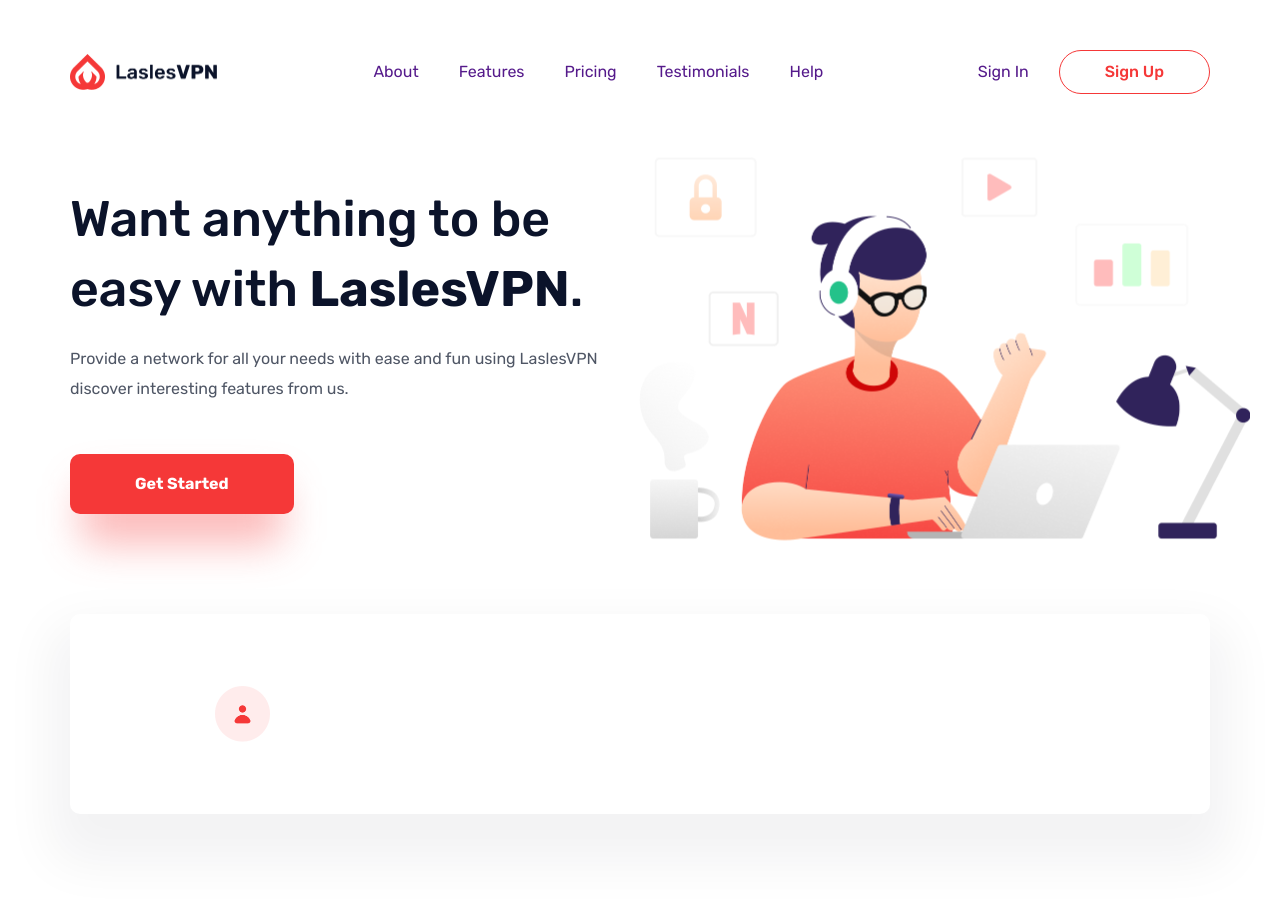
Repository: dangpham205/LaslesVPN-Landing-Page
Page: index.html
These files come from the project's save history. The page is drawn as it stood at one moment and after the next save; the edit follows.
The browser window is 1280 px wide. The pictures show the whole page.

Above is the page before, as saved 2022-07-19 20:31:18.

### index.html
<!DOCTYPE html>
<html lang="en">
<head>
    <meta charset="UTF-8">
    <meta http-equiv="X-UA-Compatible" content="IE=edge">
    <meta name="viewport" content="width=device-width, initial-scale=1.0">
    <title>Lasles</title>
    <link rel="preconnect" href="https://fonts.googleapis.com" />
    <link rel="preconnect" href="https://fonts.gstatic.com" crossorigin />
    <link
      href="https://fonts.googleapis.com/css2?family=Rubik:wght@400;500;700&display=swap"
      rel="stylesheet"
    />
    <link rel="stylesheet" href="./assets/css/style.css">
</head>
<body>
    <div class="wrapper">

        <!-- Menu -->
        <header class="menu">
            <div class="container">
                <div class="menu__container">
                    <img srcset="./assets/img/logo.png 2x" alt="" class="menu__logo" />
                    <div class="menu__list">
                        <div class="menu__item">
                            <a href="" class="menu__item-link">About</a>
                        </div>
                        <div class="menu__item">
                            <a href="" class="menu__item-link">Features</a>
                        </div>
                        <div class="menu__item">
                            <a href="" class="menu__item-link">Pricing</a>
                        </div>
                        <div class="menu__item">
                            <a href="" class="menu__item-link">Testimonials</a>
                        </div>
                        <div class="menu__item">
                            <a href="" class="menu__item-link">Help</a>
                        </div>
                    </div>
                    <div class="menu__buttons">
                        <a href="" class="menu__button--sign-in">Sign In</a>
                        <a href="" class="button button--outline menu__button--sign-up">Sign Up</a>
                    </div>
                </div>
            </div>
        </header>

        <main>
            <!-- hero -->
            <section class="hero">
                <div class="container">
                    <div class="hero__container">
                        <div class="hero__content">
                            <h1 class="hero__title">Want anything to be easy with <strong>LaslesVPN</strong>.</h1>
                            <p class="hero__desc text">Provide a network for all your needs with ease and fun using LaslesVPN discover interesting features from us.</p>
                            <a href="" class="button button--primary button--rounded button--shadow">Get Started</a>
                        </div>
                        <div class="hero__image">
                            <img srcset="./assets/img/hero.png 2x" alt="">
                        </div>
                    </div>
                </div>
            </section>


            <!-- info -->
            <section class="info">
                <div class="container">
                    <div class="info__container">
                        <div class="info__item">
                            <div class="info__item-image">
                                <img src="" alt="" srcset="./assets/img/user.png 2x">
                            </div>
                            <div class="info__item-text">

                            </div>
                        </div>
                    </div>
                </div>
            </section>
        </main>

    </div>
</body>
</html>

### assets/css/style.css
html {
  box-sizing: border-box;
}

* {
  margin: 0;
  padding: 0;
}

*,
*:before,
*:after {
  box-sizing: border-box;
}

input,
textarea,
select,
button {
  outline: none;
}

input {
  line-height: normal;
}

label,
button {
  cursor: pointer;
}

a {
  text-decoration: none;
}

img {
  display: block;
  max-width: 100%;
}

ul {
  list-style: none;
}

body {
  line-height: 1;
  font-family: "Rubik", sans-serif;
  color: #4f5665;
  font-weight: 400;
  background-color: white;
}

button {
  cursor: pointer;
  outline: none;
  border: none;
  font-family: "Rubik", sans-serif;
}

.wrapper {
  max-width: 100%;
  margin: 0 auto;
}

.container {
  max-width: 1140px;
  margin: 0 auto;
}

.button {
  display: inline-block;
  padding: 13px 45px;
  border-radius: 100rem;
  font-family: "Rubik", sans-serif;
  line-height: 1;
  font-size: 16px;
  cursor: pointer;
  border: none;
  outline: none;
  text-align: center;
  white-space: nowrap;
}
.button--primary {
  font-weight: 700;
  background-color: #f53838;
  color: white;
}
.button--outline {
  background-color: transparent;
  color: #f53838;
  font-weight: 500;
  border: 1px solid;
}
.button--rounded {
  border-radius: 10px;
  padding: 22px 65px;
}
.button--rectangle {
  border-radius: 10px;
  min-width: 250px;
}
.button--shadow {
  position: relative;
}
.button--shadow:after {
  content: "";
  position: absolute;
  top: 0;
  left: 50%;
  width: 90%;
  height: 100%;
  transform: translate(-50%, 50%);
  background-color: rgba(245, 56, 56, 0.35);
  filter: blur(20px);
  border-radius: inherit;
  z-index: -1;
}

.boxed {
  max-width: 555px;
  margin-left: auto;
  margin-right: auto;
  text-align: center;
}

@media screen and (max-width: 767px) {
  .button {
    padding: 13px 26px;
  }
  .container {
    padding: 0 20px;
  }
}
@media screen and (max-width: 1024px) {
  .container {
    padding: 0 40px;
  }
}
h1,
h2,
h3,
h4,
h5,
h6 {
  color: #0b132a;
  font-weight: bold;
}

.heading {
  font-weight: 500;
  font-size: 35px;
  line-height: 1.4285714286;
  margin-bottom: 20px;
}

.heading-small {
  font-weight: 500;
  font-size: 18px;
  margin-bottom: 5px;
  line-height: 1.6666666667;
}

.text {
  line-height: 1.875;
}

.text-medium {
  font-weight: 500;
}

.text-small {
  font-size: 14px;
  line-height: 2.1428571429;
}

@media screen and (max-width: 767px) {
  .heading {
    font-size: 30px;
  }
}
.menu {
  padding-top: 50px;
  padding-bottom: 90px;
}
.menu__container {
  display: flex;
  justify-content: space-between;
  align-items: center;
}
.menu__list {
  display: flex;
}
.menu__item + .menu__item {
  margin-left: 40px;
}
.menu__buttons {
  display: flex;
  align-items: center;
}
.menu__button--sign-in {
  margin-right: 30px;
}

@media screen and (max-width: 1023.98px) {
  .menu__list {
    display: none;
  }
}
.hero {
  padding-bottom: 100px;
}
.hero__container {
  display: flex;
  justify-content: space-between;
  align-items: center;
  gap: 0 40px;
  position: relative;
}
.hero__content {
  max-width: 555px;
  width: 100%;
  margin-right: 40px;
}
.hero__title {
  font-weight: 500;
  font-size: 50px;
  line-height: 1.4;
  color: #0b132a;
}
.hero__desc {
  margin: 20px 0 50px 0;
}
.hero__image {
  position: absolute;
  right: 0;
  top: 50%;
  transform: translate(40px, -50%);
}

.info {
  margin-bottom: 95px;
}
.info__container {
  display: grid;
  grid-template-columns: repeat(3, 1fr);
  border-radius: 10px;
  min-height: 200px;
  box-shadow: 0 30px 50px 20px rgba(13, 16, 37, 0.05);
}
.info__item {
  display: flex;
  justify-content: center;
  align-items: center;
  position: relative;
}
.info__item:nth-child(2)::after {
  content: "";
  position: absolute;
  height: 126px;
  border-left: 2px solid #EEEFF2;
  left: 0;
}
.info__item:nth-child(2)::before {
  content: "";
  position: absolute;
  height: 126px;
  border-left: 2px solid #EEEFF2;
  right: 0;
}
.info__item-text {
  margin-left: 36px;
}
.info__item-title {
  margin-bottom: 5px;
  font-size: 25px;
  font-weight: 700;
  line-height: 1.2;
}
.info__item-desc {
  font-size: 20px;
  font-weight: 400;
  line-height: 1.5;
}

.feature {
  padding-bottom: 130px;
}
.feature__container {
  display: flex;
  justify-content: space-between;
  align-items: flex-end;
  gap: 0 170px;
}
.feature__title {
  max-width: 380px;
}
.feature__desc {
  max-width: 430px;
  margin-bottom: 20px;
}
.feature__list {
  display: flex;
  flex-direction: column;
  gap: 21px;
}
.feature__item {
  display: flex;
}
.feature__item-icon {
  margin-right: 10px;
}
.feature__item-text {
  line-height: 30px;
}

.plan {
  padding: 80px 0 150px 0;
  background-color: #f8f8f8;
}
.plan__header {
  display: flex;
  flex-direction: column;
  align-items: center;
  justify-content: center;
}
.plan__desc {
  max-width: 555px;
  text-align: center;
  margin-bottom: 60px;
}
.plan__list {
  display: grid;
  grid-template-columns: repeat(3, 1fr);
  gap: 0 50px;
}
.plan__item {
  display: flex;
  flex-direction: column;
  justify-content: center;
  align-items: center;
  background-color: white;
  padding: 80px 70px 50px;
  border-radius: 10px;
  border: 2px solid #DDDDDD;
}
.plan__item-image {
  margin-bottom: 30px;
  margin-left: auto;
  margin-right: auto;
}
.plan__item-title {
  margin-bottom: 30px;
}
.plan__item-details {
  margin-bottom: 50px;
  display: flex;
  flex-direction: column;
  gap: 10px 0;
}
.plan__item-detail {
  display: flex;
  gap: 0 25px;
  font-weight: 400;
  font-size: 14px;
  line-height: 30px;
  align-items: center;
}
.plan__item-price {
  margin-top: auto;
  margin-bottom: 20px;
}
.plan__item--active, .plan__item:hover {
  border-color: #f53838;
}
.plan__item--active .plan__item-btn, .plan__item:hover .plan__item-btn {
  background-color: #f53838;
  color: white;
}

.location {
  background-color: #f8f8f8;
  padding-bottom: 50px;
}
.location__container {
  display: flex;
  flex-direction: column;
  align-items: center;
  text-align: center;
}
.location__title {
  max-width: 380px;
}
.location__desc {
  max-width: 555px;
  margin-bottom: 150px;
}
.location__partners {
  display: flex;
  align-items: center;
  justify-content: center;
  gap: 0 30px;
}

.comment {
  background-color: #f8f8f8;
  padding-bottom: 260px;
}
.comment__container {
  display: flex;
  flex-direction: column;
  align-items: center;
  text-align: center;
}
.comment__title {
  max-width: 445px;
}
.comment__desc {
  max-width: 555px;
  margin-bottom: 60px;
}
.comment .customer-list {
  display: grid;
  grid-template-columns: repeat(3, 1fr);
  gap: 0 50px;
}
.comment .customer-item {
  border: 2px solid #ddd;
  border-radius: 10px;
  padding: 30px;
  margin: 0 25px;
}
.comment .customer-item.slick-current.slick-active {
  border-color: #f53838;
}
.comment .customer-top {
  margin-bottom: 20px;
  display: flex;
  justify-content: space-between;
  align-items: center;
  gap: 0 110px;
}
.comment .customer-info {
  display: flex;
  align-items: center;
  gap: 0 20px;
}
.comment .customer-avatar {
  width: 50px;
  height: 50px;
}
.comment .customer-avatar img {
  width: 100%;
  height: 100%;
  object-fit: cover;
  border-radius: 100rem;
}
.comment .customer-name {
  line-height: 1.6666666667;
  margin-bottom: 5;
}
.comment .customer-address {
  line-height: 1;
  text-align: start;
}
.comment .customer-rating {
  display: flex;
  align-items: center;
  gap: 0 10px;
}
.comment .customer .slick-track {
  display: flex;
  padding-bottom: 60px;
}
.comment .customer .slick-arrow {
  width: 60px;
  height: 60px;
  border-radius: 100rem;
  display: flex !important;
  justify-content: center;
  align-items: center;
  position: absolute;
  bottom: 0;
  transform: translateY(50%);
  z-index: 10;
}
.comment .customer .slick-prev {
  border: 1px solid #f53838;
  background-color: transparent;
  right: 80px;
}
.comment .customer .slick-next {
  background-color: #f53838;
  right: 0;
}
.comment .customer .slick-dots {
  list-style-type: none;
  display: flex;
  align-items: center;
  gap: 0 15px;
  transform: translateY(50%);
}
.comment .customer .slick-dots button {
  font-size: 0;
  background-color: #dde0e4;
  width: 15px;
  height: 15px;
  border-radius: 100rem;
  transition: all 0.2s linear;
}
.comment .customer .slick-dots .slick-active button {
  background-color: #f53838;
  width: 45px;
}

.subscribe {
  background-color: #dde0e4;
}
.subscribe__container {
  position: relative;
  transform: translateY(-50%);
  margin-bottom: -140px;
  display: flex;
  justify-content: space-between;
  align-items: center;
  padding: 58.5px 70px;
  border-radius: 10px;
  background-color: white;
}
.subscribe__title {
  max-width: 370px;
  font-size: 35px;
  line-height: 45px;
  font-weight: 500;
  color: #0b132a;
}
.subscribe__desc {
  line-height: 1;
}

footer {
  padding-top: 70px;
  padding-bottom: 100px;
  background-color: #dde0e4;
}

.footer__container {
  display: flex;
  justify-content: space-between;
  gap: 0 230px;
}
.footer__desc {
  width: 340px;
  line-height: 1.875;
  margin: 20px 0 30px 0;
}
.footer__copyright {
  color: #AFB5C0;
  font-weight: 500;
}
.footer__contacts {
  display: flex;
}
.footer__menu {
  display: flex;
  gap: 0 126px;
}
.footer__category {
  display: flex;
  flex-direction: column;
  gap: 10px 0;
}
.footer__category-title {
  font-size: 18px;
  margin-bottom: 10px;
  line-height: 1.6666666667;
}
.footer__category-option {
  width: max-content;
  font-size: 16px;
  line-height: 1.875;
}

/*# sourceMappingURL=style.css.map */

After the next save:
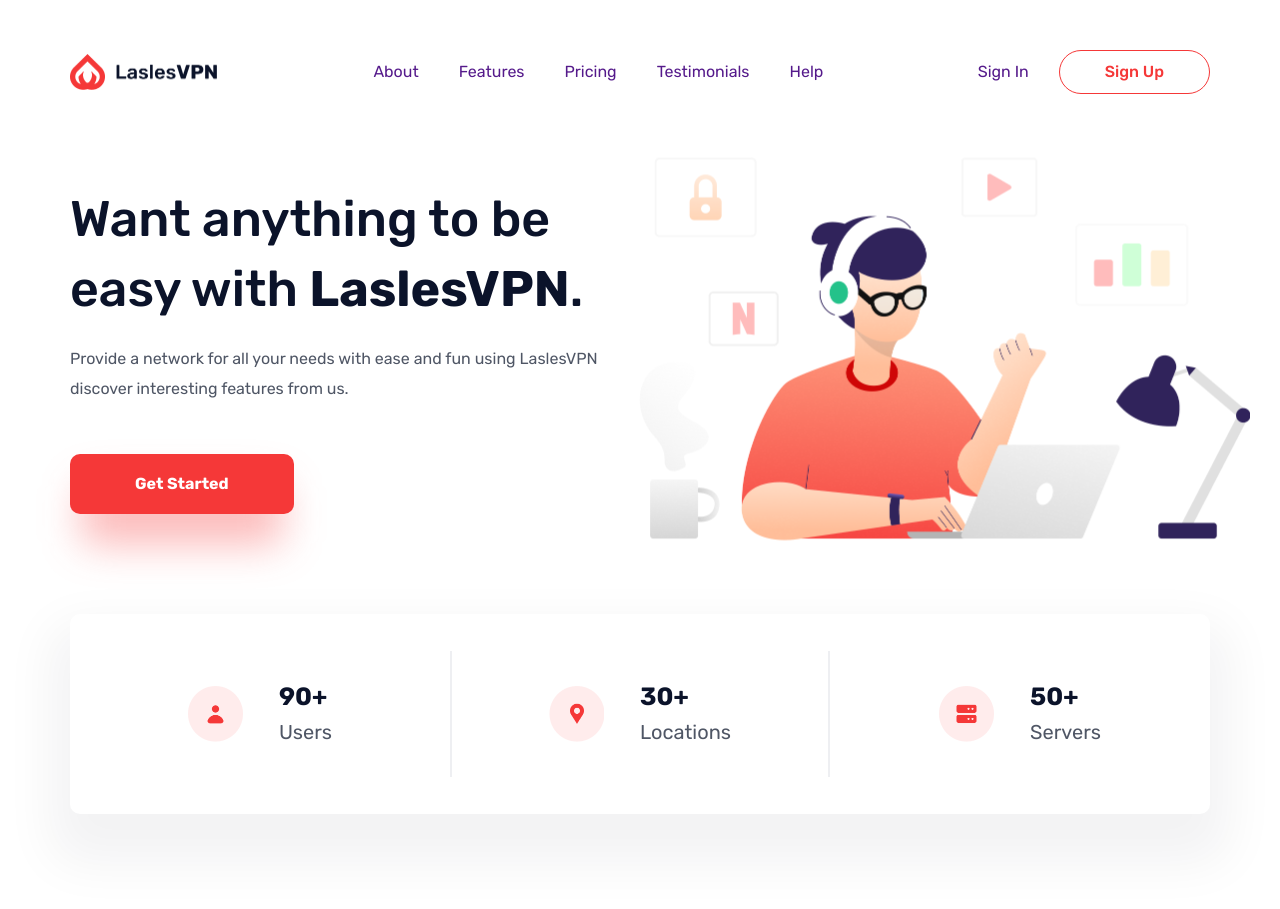
Saved 100 s later.
--- a/index.html
+++ b/index.html
@@ -73,7 +73,26 @@
                                 <img src="" alt="" srcset="./assets/img/user.png 2x">
                             </div>
                             <div class="info__item-text">
-
+                                <h3 class="info__item-title">90+</h3>
+                                <p class="info__item-desc">Users</p>
+                            </div>
+                        </div>
+                        <div class="info__item">
+                            <div class="info__item-image">
+                                <img src="" alt="" srcset="./assets/img/location.png 2x">
+                            </div>
+                            <div class="info__item-text">
+                                <h3 class="info__item-title">30+</h3>
+                                <p class="info__item-desc">Locations</p>
+                            </div>
+                        </div>
+                        <div class="info__item">
+                            <div class="info__item-image">
+                                <img src="" alt="" srcset="./assets/img/Server.png 2x">
+                            </div>
+                            <div class="info__item-text">
+                                <h3 class="info__item-title">50+</h3>
+                                <p class="info__item-desc">Servers</p>
                             </div>
                         </div>
                     </div>
